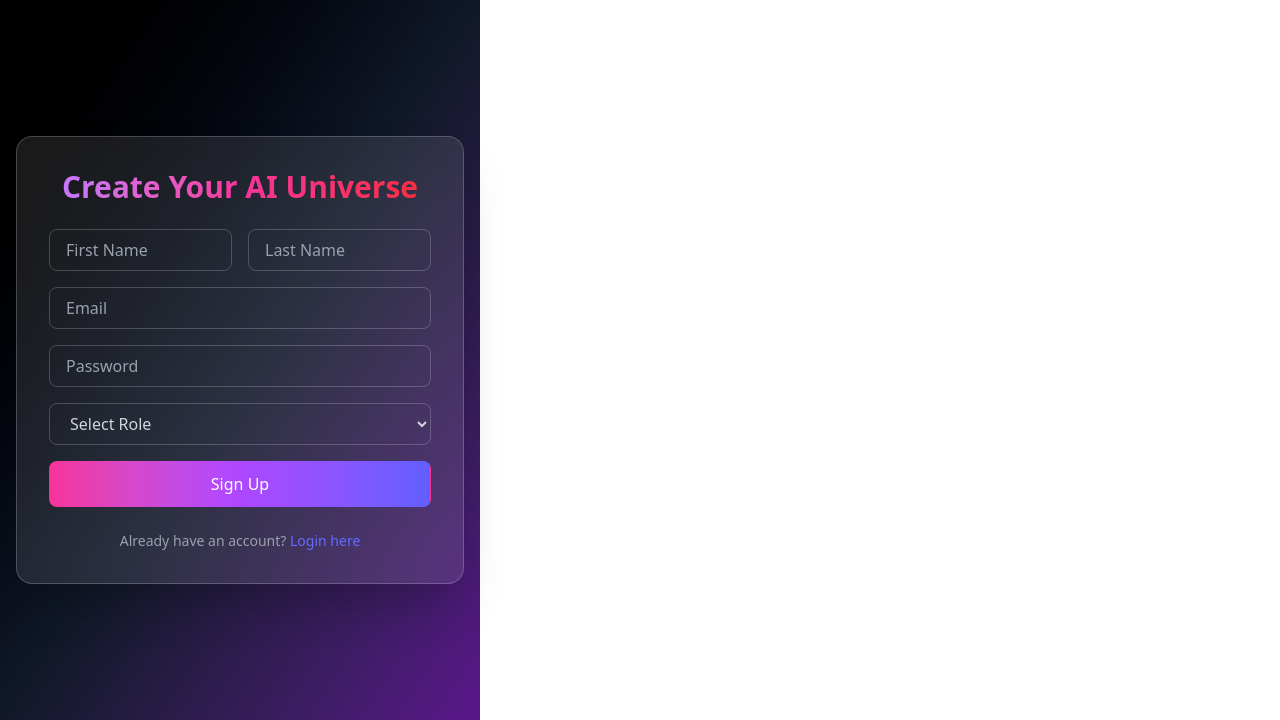
Repository: vartularora45/aiuniversebuilder
Page: /signup (app in frontend/)
The author's editor kept a copy of each file at every save. The page is drawn from the files as they stood at one save, then again after the next save.
The browser window is 1280 px wide. The pictures show the whole page.
The project was rebuilt for these pictures with package versions that can differ from the ones it lists, and the page was loaded fresh each time. Also part of the build but not shown: frontend/vite.config.js, frontend/src/pages/LandingPage.jsx, frontend/src/pages/LoginPage.jsx.

Above is the page before, as saved 2025-08-02 21:30:14.

After the next save:
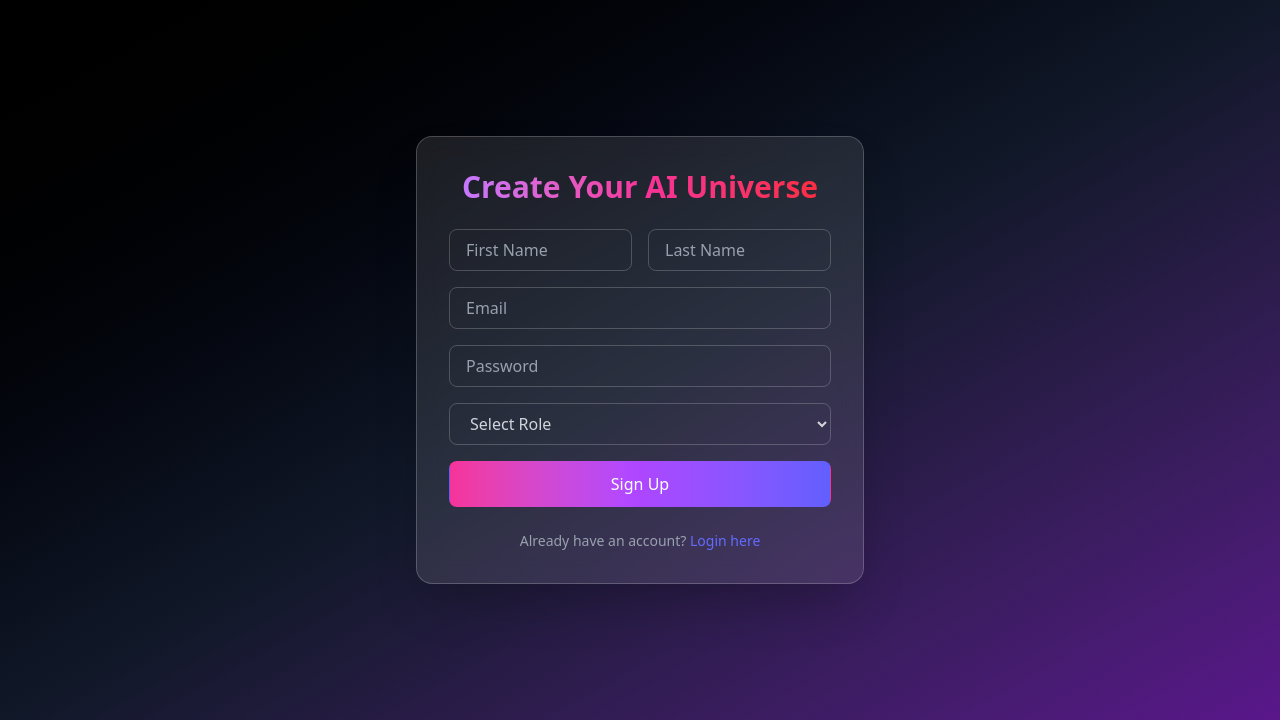
Saved 19 s later.
--- a/frontend/src/pages/SignupPage.jsx
+++ b/frontend/src/pages/SignupPage.jsx
@@ -2,7 +2,7 @@ import React from "react";
 
 const SignUpPage = () => {
   return (
-    <div className="min-h-screen bg-gradient-to-br from-black via-gray-900 to-purple-900 flex items-center justify-center p-4">
+    <div className="min-h-screen min-w-screen bg-gradient-to-br from-black via-gray-900 to-purple-900 flex items-center justify-center p-4">
       <div className="bg-white/10 backdrop-blur-md border border-white/20 rounded-2xl shadow-2xl p-8 w-full max-w-md text-white animate-fade-in">
         <h2 className="text-3xl font-bold text-center bg-gradient-to-r from-purple-400 via-pink-500 to-red-500 bg-clip-text text-transparent mb-6">
           Create Your AI Universe
